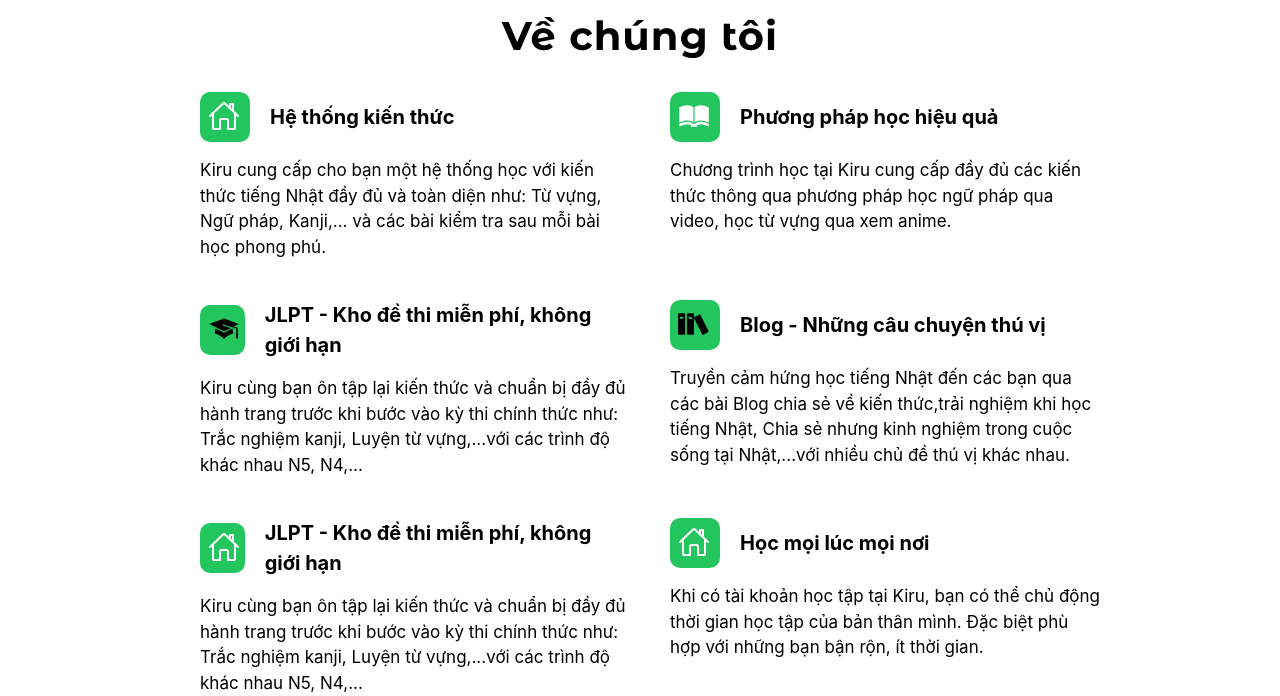
Repository: Quynhhuong150322/Kiru_Website-hoc-tieng-Nhat
Page: /
An editor plug-in stored every save of this project. The page is shown before and after the next save, followed by the edit.
The browser window is 1280 px wide. The pictures show the part of the page from y = 820 to 1516 px (the page is 1516 px tall).
The project was rebuilt for these pictures with package versions that can differ from the ones it lists, and the page was loaded fresh each time.

Above is the page before, as saved 2023-08-14 12:06:28.

After the next save:
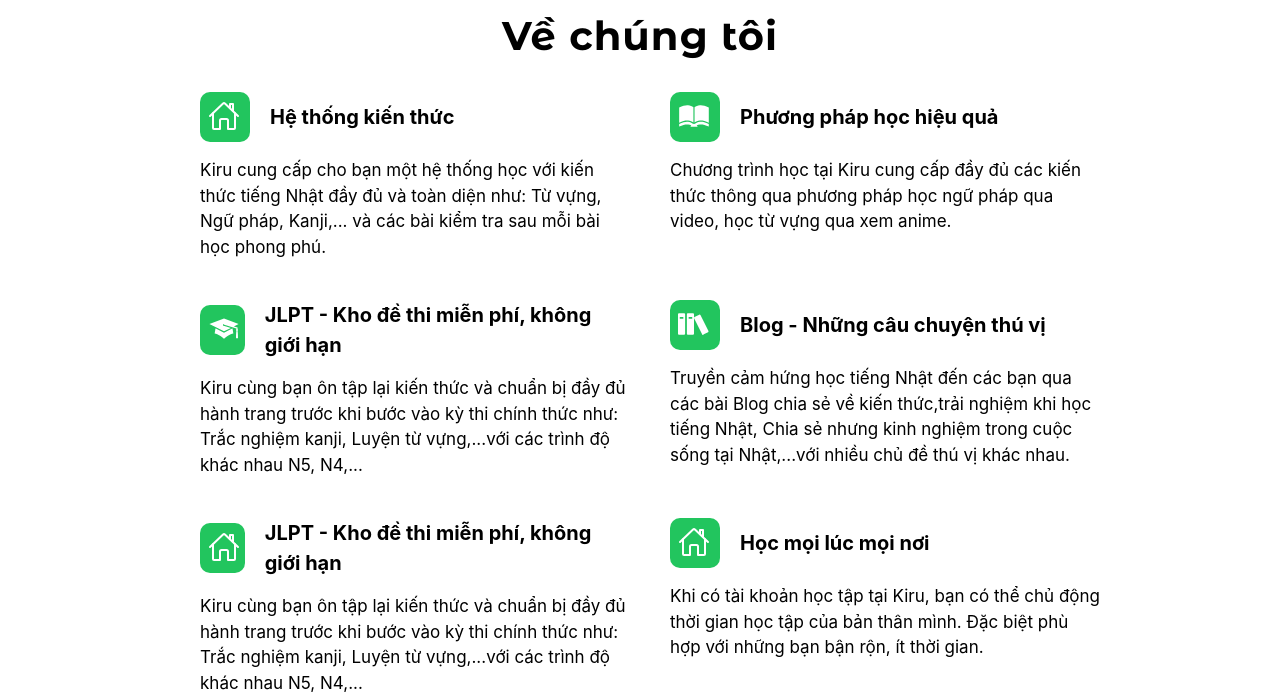
Saved 2 min 49 s later.
--- a/src/component/Gioi_thieu.js
+++ b/src/component/Gioi_thieu.js
@@ -61,7 +61,7 @@
                         <div className="">
                             <div className="flex items-center gap-[20px]">
                                 <div className="h-[50px] w-[50px] bg-green-500 rounded-[10px] text-[40px] font-[600] cursor-pointer items-center text-center">
-                                    <GiGraduateCap className="stroke-white pt-2 pl-2"/>
+                                    <GiGraduateCap className="fill-white pt-2 pl-2"/>
                                 </div>
                                 <p className="font-inter font-bold text-xl">JLPT - Kho đề thi miễn phí,
 không giới hạn </p>
@@ -71,7 +71,7 @@
                         <div className="">
                             <div className="flex items-center gap-[20px]">
                                 <div className="h-[50px] w-[50px] bg-green-500 rounded-[10px] text-[40px] font-[600] cursor-pointer items-center text-center">
-                                    <ImBooks className="stroke-white pt-2 pl-2"/>
+                                    <ImBooks className="fill-white pt-2 pl-2"/>
                                 </div>
                                 <p className="font-inter font-bold text-xl">Blog - Những câu chuyện thú vị </p>
                             </div>
